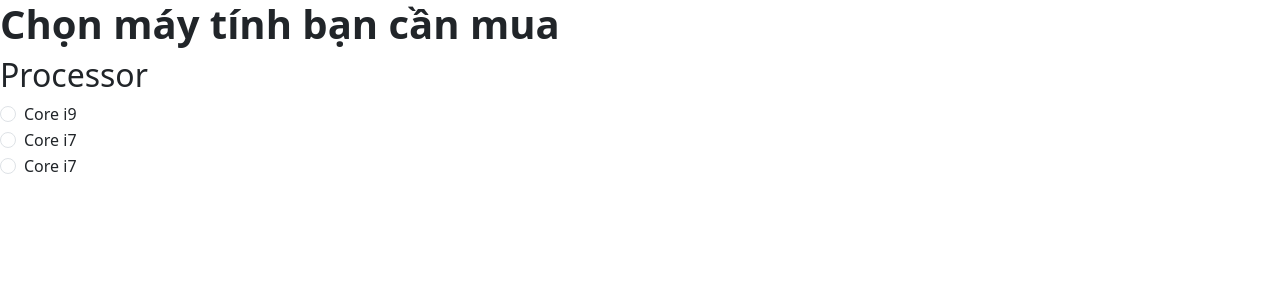
Repository: wuubangdev/bookstore-servlet-jsp
Page: http://localhost/Bai20_JSPCoban_TrangMuaHang/muaMayTinh.jsp
An editor plug-in stored every save of this project. The page is shown before and after the next save, followed by the edit.
The browser window is 1280 px wide. The pictures show the whole page.
The page is served by Tomcat 9.

Above is the page before, as saved 2024-03-19 02:45:57.

After the next save:
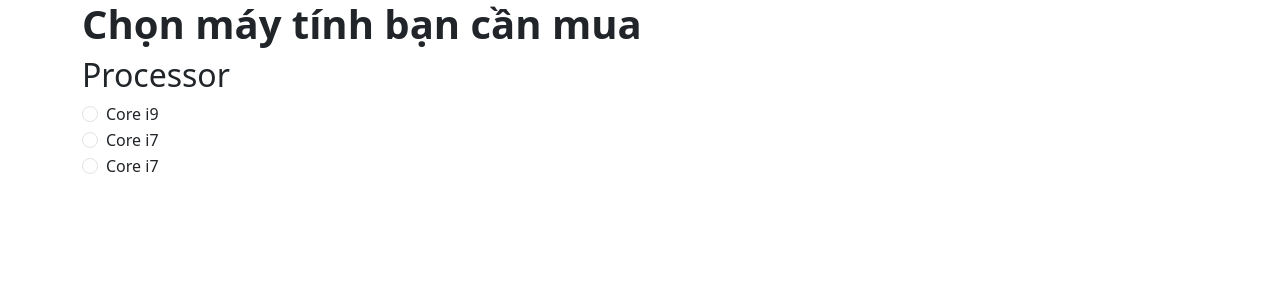
Saved 39 s later.
--- a/Bai20_JSPCoban_TrangMuaHang/src/main/webapp/muaMayTinh.jsp
+++ b/Bai20_JSPCoban_TrangMuaHang/src/main/webapp/muaMayTinh.jsp
@@ -9,27 +9,29 @@
 <script src="https://cdn.jsdelivr.net/npm/bootstrap@5.3.3/dist/js/bootstrap.bundle.min.js" integrity="sha384-YvpcrYf0tY3lHB60NNkmXc5s9fDVZLESaAA55NDzOxhy9GkcIdslK1eN7N6jIeHz" crossorigin="anonymous"></script>
 </head>
 <body>
-	<h1 style="font-weight: bold;">Chọn máy tính bạn cần mua</h1>
-	<form id="form-1">
-		<h2>Processor</h2>
-		<div class="form-check">
-		  <input class="form-check-input" type="radio" name="processor" id="corei9">
-		  <label class="form-check-label" for="corei9">
-		   Core i9
-		  </label>
-		</div>
-		<div class="form-check">
-		  <input class="form-check-input" type="radio" name="processor" id="corei7">
-		  <label class="form-check-label" for="corei7">
-		   Core i7
-		  </label>
-		</div>
-		<div class="form-check">
-		  <input class="form-check-input" type="radio" name="processor" id="corei3">
-		  <label class="form-check-label" for="corei3">
-		   Core i7
-		  </label>
-		</div>
-	</form>
+	<div class="container">
+		<h1 style="font-weight: bold;">Chọn máy tính bạn cần mua</h1>
+		<form id="form-1">
+			<h2>Processor</h2>
+			<div class="form-check">
+			  <input class="form-check-input" type="radio" name="processor" id="corei9">
+			  <label class="form-check-label" for="corei9">
+			   Core i9
+			  </label>
+			</div>
+			<div class="form-check">
+			  <input class="form-check-input" type="radio" name="processor" id="corei7">
+			  <label class="form-check-label" for="corei7">
+			   Core i7
+			  </label>
+			</div>
+			<div class="form-check">
+			  <input class="form-check-input" type="radio" name="processor" id="corei3">
+			  <label class="form-check-label" for="corei3">
+			   Core i7
+			  </label>
+			</div>
+		</form>
+	</div>
 </body>
 </html>
